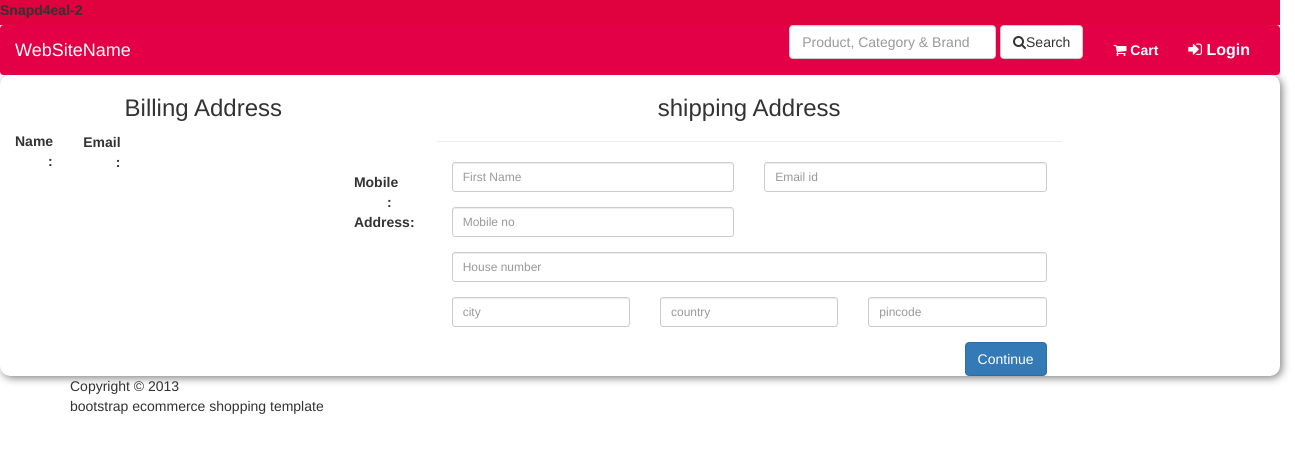
Repository: Aryans26/project
Page: http://localhost/frontend/WEB-INF/views/addressorder.jsp
These files come from the project's save history. The page is drawn as it stood at one moment and after the next save; the edit follows.
The browser window is 1280 px wide. The page is 1295 px wide, so the pictures cover 1295 px, including what lies to the right of the window. The pictures show the whole page.
Some web libraries are served in a nearby version. The page is served by Tomcat 9. Nobody is signed in. Other server files are loaded and not shown. The template is opened directly, without the code that normally fills it, so the values that code supplies are empty.

Above is the page before, as saved 2017-06-21 09:25:31.

### frontend/src/main/webapp/WEB-INF/views/addressorder.jsp
<%@ taglib prefix="c" uri="http://www.springframework.org/tags"%>
<%@ taglib prefix="form" uri="http://www.springframework.org/tags/form"%>
<!doctype html>
<html>
<head>
<c:url value="/resource" var="res" />

<!-- <link rel="stylesheet" ref="https://maxcdn.bootstrapcdn.com/bootstrap/3.3.7/css/bootstrap.min.css"> -->
<script
	src="https://ajax.googleapis.com/ajax/libs/jquery/3.2.1/jquery.min.js"></script>
<script
	src="https://maxcdn.bootstrapcdn.com/bootstrap/3.3.7/js/bootstrap.min.js"></script>
<link rel="stylesheet" href="${res}/css/bootstrap.min.css" />
<link rel="stylesheet" href="${res}/css/style.css" />
<link rel="stylesheet" href="${res}/css/font-awesome/css/font-awesome.min.css" />

</head>
<body>
	<%@include file="navbar.jsp"%>
	<div class="Container box-shadow border-radius">

	<div class="row">

	<div class="col-md-4 col-sm-4 col-xs-12 billing-add">
		<h3 class="text-center">Billing Address</h3>
		<div class="col-md-2 col-sm-3 b-r"><b>Name :</b></div><div class="col-md-10 col-sm-9">${user.getU_name()} </div>
		<div class="col-md-2 col-sm-3 b-r"><b>Email :</b></div><div class="col-md-10 col-sm-9">${user.getU_email()}</div>
		<div class="col-md-2 col-sm-3 b-r"><b>Mobile :</b></div><div class="col-md-10 col-sm-9">${user.getU_phoneno()}</div>
		<div class="col-md-2 col-sm-3 b-r"><b>Address:</b></div><div class="col-md-10 col-sm-9">${billing.getHouse_no()}<br>
		${billing.getStreet_name()}<br>${billing.getCity()}<br>${billing.getState()}<br>${billing.getCountry()}<br>
		${billing.getPincode()}<br>
		</div>

	</div>


	<div class="col-md-6 shipping col-sm-6 col-xs-12">
		<h3 class="text-center">shipping Address</h3>

		<hr>
	<c:url value="/orderConfirm" var="a"/>
		<form:form action="${a}" method="post" commandName="shippingAddress">


		<div class="col-xs-6 col-sm-6 col-md-6">
			<div class="form-group">
				<form:input type="text" name="first_name" id="first_name" class="form-control input-sm" placeholder="First Name" path="Ship_name"/>
			</div>
		</div>
<!-- 		<div class="col-xs-6 col-sm-6 col-md-6"> -->
<!-- 			<div class="form-group"> -->
<%-- 				<form:input type="text" name="last_name" id="last_name" class="form-control input-sm" placeholder="Last Name" path="lastname"/>  --%>
<!-- 			</div> -->
<!-- 		</div> -->

		<div class="col-xs-6 col-sm-6 col-md-6">
			<div class="form-group">
				<form:input type="text" name="first_name" id="first_name" class="form-control input-sm" placeholder="Email id" path="Ship_email"/>
			</div>
		</div>
		<div class="col-xs-6 col-sm-6 col-md-6">
			<div class="form-group">
				<form:input type="text" name="Mobile_no" class="form-control input-sm" placeholder="Mobile no" path="Ship_mono"/>
		</div>
</div>
		<div class="col-xs-12 col-sm-12 col-md-12">
			<div class="form-group">
				<form:input type="text" class="form-control input-sm" placeholder="House number" path="Ship_houseno"/>

			</div>
		</div>

		<div class="col-xs-12 col-sm-4 col-md-4">
			<div class="form-group">
				<form:input type="text"	class="form-control input-sm" placeholder="city" path="Ship_city"/>
			</div>
		</div>
		<div class="col-xs-12 col-sm-4 col-md-4">
			<div class="form-group">
				<form:input type="text"	class="form-control input-sm" placeholder="country" path="Ship_country"/>
			</div>
		</div>

		<div class="col-xs-12 col-sm-4 col-md-4">
			<div class="form-group">
				<form:input type="text" class="form-control input-sm" placeholder="pincode" path="Ship_pincode" />
			</div>
		</div>

	<div class="col-md-12">
		<input type="submit" class="btn btn-primary pull-right" value="Continue">
	</div>
   </form:form>
</div>
</div>
</div>
<!--
Footer
-->

<!-- /container -->

<div class="copyright">
<div class="container">

	<span>Copyright &copy; 2013<br> bootstrap ecommerce shopping template</span>
</div>
</div>
<a href="#" class="gotop"><i class="icon-double-angle-up"></i></a>

  </body>
</html>

### frontend/src/main/webapp/WEB-INF/views/navbar.jsp
<%@ taglib prefix="c" uri="http://www.springframework.org/tags"%>
<%@ taglib prefix="form" uri="http://www.springframework.org/tags/form"%>
<%@ taglib prefix="security" uri="http://www.springframework.org/security/tags" %>
<%@ taglib prefix="c1" uri="http://java.sun.com/jsp/jstl/core"%>
<!DOCTYPE html >
<html>
<head>
<meta http-equiv="Content-Type" content="text/html; charset=ISO-8859-1">
<title>Insert title here</title>
</head>
<body>
	<div class="headder">
		<b>Snapd4eal-2</b>
	</div>

	<nav class="navbar navbar-default" style="color: white;">
		<div class="container-fluid">
			<div class="navbar-header">
				<button type="button" class="navbar-toggle" data-toggle="collapse" data-target="#myNavbar">
					<span class="icon-bar"></span> <span class="icon-bar"></span>
					<span class="icon-bar"></span>
				</button>
				<a class="navbar-brand" href="<c:url value="/"/>"
					style="color: white;">WebSiteName</a>
				<form class="navbar-form navbar-right visible-sm visible-xs">
					<div class="form-group">
						<input type="text" class="form-control"
							placeholder="Product, Category & Brand">
					</div>
					<button type="submit" class="btn btn-default">
						<i class="fa fa-search"></i>Search
					</button>

				</form>
			</div>
			<div class="collapse navbar-collapse" id="myNavbar">
			<c1:if test="${pageContext.request.userPrincipal.name!=null}">
			<security:authorize access="hasRole('ROLE_ADMIN')">
				<ul class="nav navbar-nav">
					<li style="color: white;"><a
						href="<c:url value="/category"/>">Add Category</a></li>
					<li style="color: white;"><a
						href="<c:url value="/addproduct"/>">Add Product</a></li>
					<li style="color: white;"><a
						href="<c:url value="/supplier"/>">Add Supplier</a></li>
<!-- 					<li style="color: white;"><a -->
<%-- 						href="<c:url value="/addcard"/>">Add Card</a></li> --%>

				</ul>
				</security:authorize>
				</c1:if>
				<ul class="nav navbar-nav navbar-right">
					<li><a href="<c:url value="/viewcart"/>"><i class="fa fa-shopping-cart"></i>
							Cart</a></li>

					<li class="dropdown"><a href="#" class="dropbtn"><span
							class="fa fa-sign-in"></span>
							<c1:if test="${pageContext.request.userPrincipal.name==null}"> Login </c1:if>
							 <c1:if test="${pageContext.request.userPrincipal.name!=null}">  Logout</c1:if></a>

						<div class="dropdown-content">
							<a href="#">your account</a>
							<a href="#">your orders</a>
							<c1:if test="${pageContext.request.userPrincipal.name==null}">

							<a href="<c:url value="/users"/>" class="hvr-reg-bordertop" > new user ?<br>
							<b>register</b></a>
<%-- <a href="<c:url value="/login"/>"><button type="button" class="btn btn-danger" style="width: 90%; margin: 10px;">Login</button></a> --%>
							<button type="button" class="btn btn-danger" data-toggle="modal"
								data-target="#myModal" style="width: 90%; margin: 10px;">Login</button>
								</c1:if>

								<c1:if test="${pageContext.request.userPrincipal.name!=null}">
					<a href="<c:url value="/j_spring_security_logout"/>"><button type="button" class="btn btn-danger" >Logout</button></a>
								</c1:if>
						</div></li>

				</ul>
				<form class="navbar-form navbar-right hidden-sm hidden-xs">
					<div class="form-group">
						<input type="text" class="form-control"
							placeholder="Product, Category & Brand">
					</div>
					<button type="submit" class="btn btn-default">
						<i class="fa fa-search"></i>Search
					</button>

				</form>

			</div>
		</div>
	</nav>


	<!-- Modal -->
	<div class="modal fade" id="myModal" role="dialog">
		<div class="modal-dialog modal-lg">
			<div class="modal-content">
				<div class="modal-header">
					<button type="button" class="close" data-dismiss="modal">&times;</button>
					<h4 class="modal-title">Login</h4>
				</div>
				<div class="modal-body">
				<c1:url value="/j_spring_security_check" var="a"/>
					<form role="form" method="post" action="${a} ">
						<div class="form-group">
				<label for="email">Email address:</label>
				<input type="email" class="form-control" id="email" name="j_username" placeholder="Email Id">
						</div>
						<div class="form-group">
				<label for="pwd">Password:</label>
				 <input type="password" class="form-control" id="pwd" name="j_password" placeholder="Password">
						</div>
						<div class="checkbox">
							<label><input type="checkbox"> Remember me</label>
						</div>
						<a class="cursor" data-dismiss="modal" data-toggle="modal"
							data-target="#myModal1">new User ? <b>register</b></a>
						<button type="submit" class="btn btn-success">Submit</button>
					</form>
				</div>
				<div class="modal-footer">
					<button type="button" class="btn btn-default" data-dismiss="modal">Close</button>
				</div>
			</div>
		</div>
	</div>

</body>
</html>

### frontend/src/main/webapp/resource/css/style.css
@charset "utf-8";
/* CSS Document */
.headder {
	min-height: 25px;
	background-color: #E0013F;
}

.navbar-default, .navbar-default li {
	background-color: #e40046;
	color: white;
}

.navbar-default li a {
	color: #FFF;
	font-weight: bold;
}

.navbar-nav li:hover, .navbar-nav li:focus, .navbar-nav li:active {
	background-color: #333;
}

.navbar-nav dropdown:hover {
	background-color: #333;
}

.dropbtn {
	color: white;
	padding: 16px;
	font-size: 16px;
	border: none;
	cursor: pointer;
}

.
.dropdown:hover {
	background-color: #333;
	color: white;
	padding: 16px;
	font-size: 16px;
	border: none;
	cursor: pointer;
}

.dropdown {
	position: relative;
	display: inline-block;
}

.dropdown-content {
	display: none;
	position: absolute;
	background-color: #333;
	min-width: 160px;
	right: 5px;
	box-shadow: 0px 8px 16px 0px rgba(0, 0, 0, 0.2);
	z-index: 1;
}

.dropdown-content a {
	color: black;
	font-size: 14px !important;
	font-weight: normal !important;
	text-align: center;
	padding: 12px 16px;
	text-decoration: none;
	display: block;
}

.dropdown-content a:hover {
	background-color: #000;
}

.dropdown:hover .dropdown-content {
	display: block;
}

.dropdown:hover .dropbtn {
	background-color: #333;
}

.dropdown-content .hvr-reg-bordertop {
	border-top: 1px solid #999;
	padding-top: 20px;
	margin-bottom: 0;
	padding-bottom: 0;
}

.cursor {
	cursor: pointer;
}

.form-fill{
	max-width:500px;
	box-shadow:2px 2px 8px  grey;
	padding:30px 20px;
	margin:10px auto;
	border-radius:10px;
}

.form-list-table{
	border:2px solid grey;
	box-shadow:4px 4px 8px grey;
	border-radius:10px;
}
.head3{
	color:#e40046;
	font-weight:bold;
	text-align:center;
	text-shadow:2px 2px 4px grey;
}

.items-list-head > div{
	Color:red;
	text-align:center;
	font-weight:bolder;
	font-size:20px;
}
.items-list > div{
	border-top:1px solid grey;
	line-height:40px;
	text-align:center;
	font-weight:bold;
}

.box-shadow{
	border-radius:10px;
	box-shadow:2px 2px 8px grey;
}

.list-head{
	font-size:16px;
	font-weight:bold;
	text-shadow:1px 1px 1px grey;
}

.billing-add .b-r{
	text-align:right;
}

Loaded but not shown: frontend/src/main/webapp/resource/css/bootstrap.min.css (library); frontend/src/main/webapp/resource/css/font-awesome/css/font-awesome.min.css (library)

After the next save:
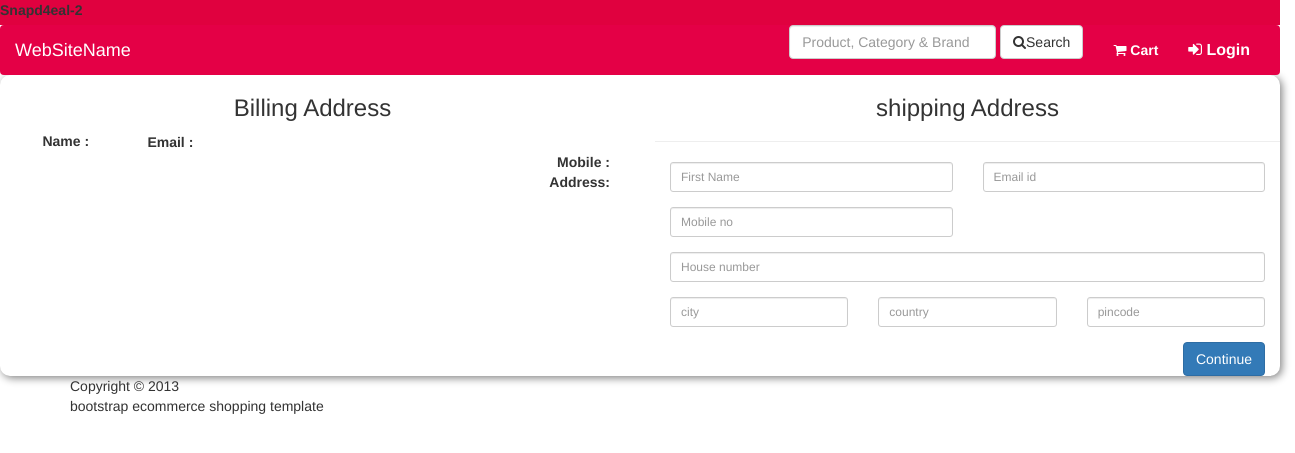
Saved 11 s later.
--- a/frontend/src/main/webapp/WEB-INF/views/addressorder.jsp
+++ b/frontend/src/main/webapp/WEB-INF/views/addressorder.jsp
@@ -21,7 +21,7 @@
 
 	<div class="row">
 
-	<div class="col-md-4 col-sm-4 col-xs-12 billing-add">
+	<div class="col-md-6 col-sm-6 col-xs-12 billing-add">
 		<h3 class="text-center">Billing Address</h3>
 		<div class="col-md-2 col-sm-3 b-r"><b>Name :</b></div><div class="col-md-10 col-sm-9">${user.getU_name()} </div>
 		<div class="col-md-2 col-sm-3 b-r"><b>Email :</b></div><div class="col-md-10 col-sm-9">${user.getU_email()}</div>
